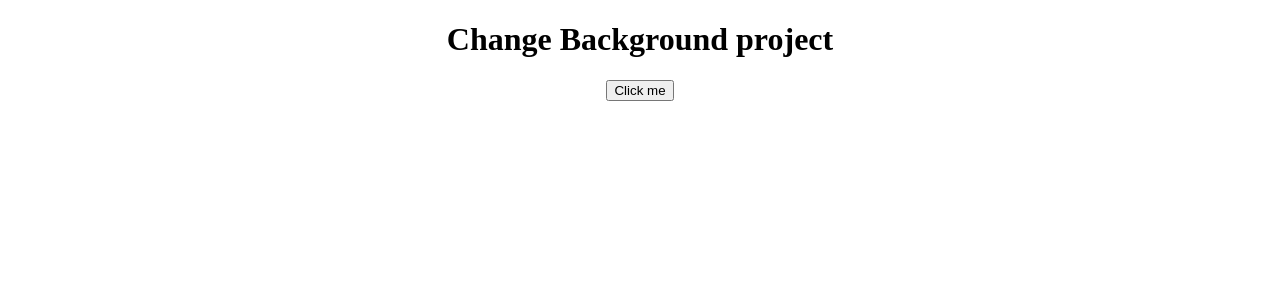
Repository: NiutaR/changeColors-dom
Page: index.html
An editor plug-in stored every save of this project. The page is shown before and after a run of saves, followed by the edit.
The browser window is 1280 px wide. The pictures show the whole page.

Above is the page before, as saved 2021-07-20 16:50:07.

### index.html
<!DOCTYPE html>
<html lang="en">

<head>
    <meta charset="UTF-8">
    <meta http-equiv="X-UA-Compatible" content="IE=edge">
    <meta name="viewport" content="width=device-width, initial-scale=1.0">
    <title>Change Background project</title>
</head>

<body>
    <div id="div1">
        <h1>Change Background project</h1>

    </div>

<script src="index.js"></script>

</body>

</html>

### index.js
/*let newBtn = document.createElement('button');
newBtn.id = 'btnId';*/
//Added btn in Html and added id
const btn = document.createElement('button');
const node = document.createTextNode('Click me');
btn.appendChild(node);
btn.id = 'btnId';
const element = document.getElementById('div1');
element.appendChild(btn);

element.style.textAlign = 'center';

// Change bg
//let bodyColorChange = document.body.style.backgroundColor = 'orange';
//let randomColor = Math.floor(Math.random() * 16777215).toString(16);
//document.getElementById('btnId').style.backgroundColor =  'red';

let colors = ['yellow', 'red', 'green', 'blue', 'black', 'orange', 'pink'];

let button = document.getElementById('btnId');

button.addEventListener('click', function() {
    //randomizer
    let randomColor = colors[Math.floor(Math.randon() * colors.length)]
    //get container
    let container = document.body;
    container.style.background = randomColor;
});

After the next 2 saves:
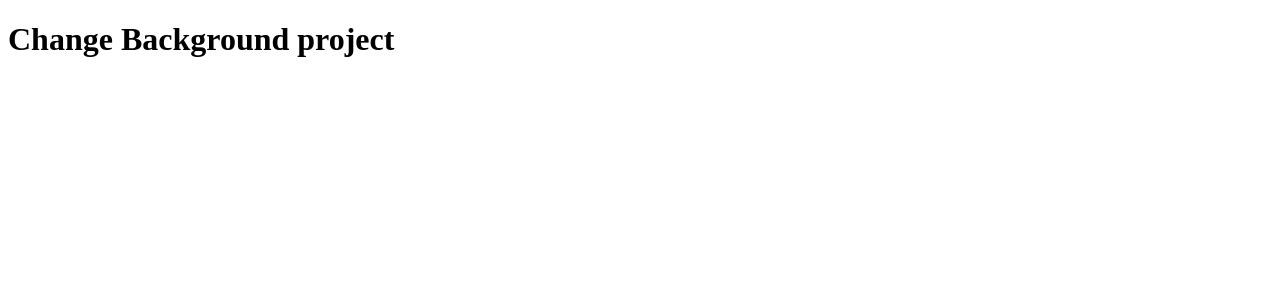
Console error: SyntaxError: missing ) after argument list
The 2 saves are shown as one change because they came seconds apart.
The last was saved 21 s later.
--- a/index.js
+++ b/index.js
@@ -21,7 +21,7 @@
 
 button.addEventListener('click', function() {
     //randomizer
-    let randomColor = colors[Math.floor(Math.randon() * colors.length)]
+    let randomColor = colors(Math.floor(Math.randon() * colors.length)]
     //get container
     let container = document.body;
     container.style.background = randomColor;

After the save that followed:
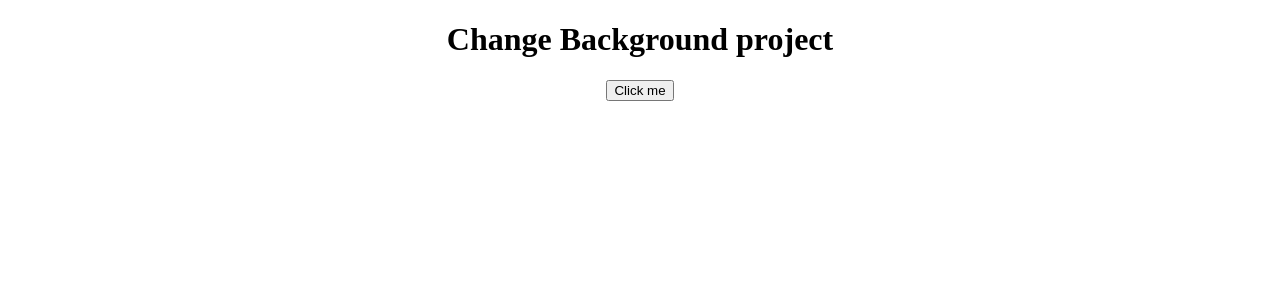
The error is gone.
Saved 7 s later.
--- a/index.js
+++ b/index.js
@@ -21,7 +21,7 @@
 
 button.addEventListener('click', function() {
     //randomizer
-    let randomColor = colors(Math.floor(Math.randon() * colors.length)]
+    let randomColor = colors(Math.floor(Math.randon() * colors.length));
     //get container
     let container = document.body;
     container.style.background = randomColor;
